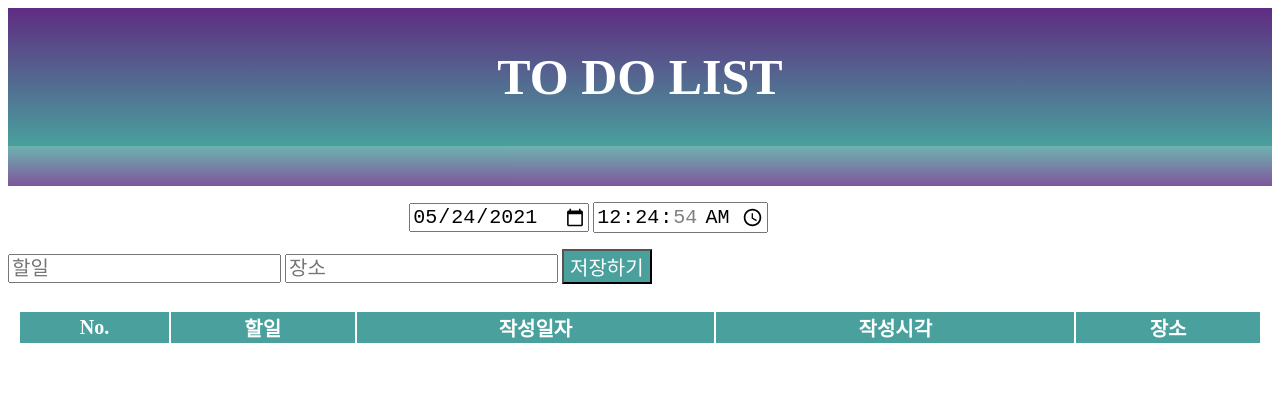
Repository: kimyoungjin98/Exam_Project
Page: http://localhost/Server_PR_TodoList/
These files come from the project's save history. The page is drawn as it stood at one moment and after the next save; the edit follows.
The browser window is 1280 px wide. The pictures show the whole page.
Some web fonts or font styles are not loaded; a fallback is used. The page is served by Tomcat 9. Other server files are loaded and not shown. Queries for data that is not in the repository find no rows.

Above is the page before, as saved 2021-05-25 01:40:41.

### Server_PR_TodoList/src/main/webapp/WEB-INF/views/home.jsp
<%@ page language="java" contentType="text/html; charset=UTF-8"
    pageEncoding="UTF-8"%>
<%@ taglib uri="http://java.sun.com/jsp/jstl/core" prefix="c"%>
<c:set value="${pageContext.request.contextPath}" var="rootPath" />
<!DOCTYPE html>
<html>

<head>
<meta charset="UTF-8">
<title>어서오세요</title>
</head>
<script>
document.addEventListener("DOMContentLoaded",function(ev){

	document.querySelector("table")
	.addEventListener("click", function(ev){

		let tag = ev.target.tagName

		if(tag == "TD"){

			let seq = ev.target.closest("TR").dataset.seq

			document.location.href="${rootPath}/todo/view?td_seq=" + seq

		}

	})

})


</script>
<style>


@import url('https://fonts.googleapis.com/css2?family=Nanum+Gothic+Coding:wght@700&family=Roboto+Slab:wght@600&display=swap');
.jm-font {
		font-family: 'Nanum Gothic Coding', monospace;
		font-family: 'Roboto Slab', serif;
	}


table {
	width:100%;
	text-align: center;
	margin:3px auto;
	font-size:20px;
	padding:10px;
	font-weight: bolder;

}

table td{
	cursor:pointer;
	padding:5-%;


}

table td:hover{
	background-color: #49a09d;
	opacity: 0.5;
}

table div{
	border:1px solid #49a09d;
	outline:1px solid #49a09d;
}

table th{
	background-color:#49a09d;
	color:white;

}


</style>
<body>

	<%@ include file="/WEB-INF/views/banner.jsp" %>
	<p>
	<%@ include file="/WEB-INF/views/write.jsp" %>
	<p>
		<table>
		<div>
		<th>No.</th>
		<th>할일</th>
		<th>작성일자</th>
		<th>작성시각</th>
		<th>장소</th>
		</div>

		<c:forEach items="${TDLIST}" var="TD" varStatus="index">
			<tr data-seq="${TD.td_seq}">
				<td>${index.count}</td>
				<td>${TD.td_content}</td>
				<td>${TD.td_date}</td>
				<td>${TD.td_time}</td>
				<td>${TD.td_place}</td>
			</tr>

		</c:forEach>

	</table>

</body>
</html>

### Server_PR_TodoList/src/main/webapp/WEB-INF/views/banner.jsp
<%@ page language="java" contentType="text/html; charset=UTF-8"
    pageEncoding="UTF-8"%>
<%@ taglib uri="http://java.sun.com/jsp/jstl/core" prefix="c"%>
<c:set value="${pageContext.request.contextPath}" var="rootPath" />
<!DOCTYPE html>
<html>
<head>
<meta charset="UTF-8">
<title>Insert title here</title>
</head>
<script type="text/javascript">
document.addEventListener("DOMContentLoaded", function(){
	document.querySelector("nav").addEventListener("click",function(ev){

		let name = ev.target.id

		if(name == "home"){

			document
			.location
			.href="${rootPath}"


		}


	})

})

</script>
<style>
@import url('https://fonts.googleapis.com/css2?family=Nanum+Gothic+Coding:wght@700&family=Roboto+Slab:wght@600&display=swap');
.jm-font {
		font-family: 'Nanum Gothic Coding', monospace;
		font-family: 'Roboto Slab', serif;
	}

nav li:hover {

	cursor:pointer;

}

h1 {
	margin:auto;
	text-align: center;
	font-size:50px;
	background:linear-gradient(to bottom, #5f2c82, #49a09d);
	color:white;
	padding:40px;
}

nav {

	background:linear-gradient(to top, #5f2c82, #49a09d);
	opacity: 0.8;
	color:white;

	font-size:20px;


}

nav ul{
	margin:0px;
	padding:20px;
}

nav li{
	display:inline-block;
	list-style:none;
	float: left;
	padding:20px;
	margin:0;
}


</style>
<body>
	<h1>TO DO LIST</h1>

	<nav>
	<ul>
	<li>Home</li>
	<li>날짜별 검색</li>
	<li >내용으로 검색</li>

	</ul>


	</nav>
</body>
</html>

### Server_PR_TodoList/src/main/webapp/WEB-INF/views/write.jsp
<%@ page language="java" contentType="text/html; charset=UTF-8"
    pageEncoding="UTF-8"%>
<%@ taglib uri="http://java.sun.com/jsp/jstl/core" prefix="c"%>
<c:set value="${pageContext.request.contextPath}" var="rootPath" />
<!DOCTYPE html>
<html>
<head>
<meta charset="UTF-8">
<title>Insert title here</title>
</head>
<script type="text/javascript">
document.addEventListener("DOMContentLoaded", function(ev){
	document.querySelector("button")
	.addEventListener("click",function(ev){

		let name = ev.target.className

		let td_date = document.querySelector("input[name='td_date']")
		let td_time = document.querySelector("input[name='td_time']")
		let td_content = document.querySelector("input[name='td_content']")
		let td_place = document.querySelector("input[name='td_place']")

		if(td_content.value == ""){

			alert("할일을 입력하세요 !")

			return false;
			}

			document.querySelector("form").submit();

	})

})

</script>
<style>

@import url('https://fonts.googleapis.com/css2?family=Nanum+Gothic+Coding:wght@700&family=Roboto+Slab:wght@600&display=swap');
.jm-font {
		font-family: 'Nanum Gothic Coding', monospace;
		font-family: 'Roboto Slab', serif;
	}

	label{
		font-size:20px;
	}

	input{
		font-size:20px;
	}

	button{
		background-color: #49a09d;
		color:white;
		font-size:20px;
		cursor:pointer;
	}


</style>
<body>



	<form method="POST" class="1">

	<input name="td_date" placeholder="작성일자" type="date" value="${TD.td_date}">
	<input name="td_time" placeholder="작성시각" type="time" value="${TD.td_time}"><p>
	<input name="td_content" placeholder="할일" value="${TD.td_content}"></input>
	<input name="td_place" placeholder="장소" value="${TD.td_place}">

		<button type="button">저장하기</button>
	</form>

</body>
</html>

### Server_PR_TodoList/src/main/java/com/callor/todo/controller/HomeController.java
package com.callor.todo.controller;

import java.io.IOException;
import java.text.SimpleDateFormat;
import java.util.Date;
import java.util.List;

import javax.servlet.ServletException;
import javax.servlet.annotation.WebServlet;
import javax.servlet.http.HttpServlet;
import javax.servlet.http.HttpServletRequest;
import javax.servlet.http.HttpServletResponse;

import com.callor.todo.model.TodoVO;
import com.callor.todo.service.TodoService;
import com.callor.todo.service.impl.TodoServiceImplV1;

@WebServlet("/")
public class HomeController extends HttpServlet{

	protected TodoService tdService;

	public HomeController() {

		tdService = new TodoServiceImplV1();

	}

	@Override
	protected void doGet(HttpServletRequest req, HttpServletResponse resp) throws ServletException, IOException {


		List<TodoVO> tdList = tdService.selectAll();

		req.setAttribute("TDLIST", tdList);

		SimpleDateFormat sDate = new SimpleDateFormat("yyyy-MM-dd");
		SimpleDateFormat sTime = new SimpleDateFormat("HH:mm:ss");
		Date date = new Date(System.currentTimeMillis());

		TodoVO tdVO = new TodoVO();

		tdVO.setTd_date(sDate.format(date));
		tdVO.setTd_time(sTime.format(date));

		req.setAttribute("TD", tdVO);

		ReqController.forward(resp, req, "home");

	}

	@Override
	protected void doPost(HttpServletRequest req, HttpServletResponse resp) throws ServletException, IOException {


		req.setCharacterEncoding("UTF-8");

		String td_date = req.getParameter("td_date");
		String td_content = req.getParameter("td_content");
		String td_time = req.getParameter("td_time");
		String td_place = req.getParameter("td_place");

		TodoVO tdVO = new TodoVO();

		tdVO.setTd_content(td_content);
		tdVO.setTd_date(td_date);
		tdVO.setTd_place(td_place);
		tdVO.setTd_time(td_time);

		tdService.insert(tdVO);

		System.out.println(tdVO.toString());

		resp.sendRedirect("/todo/");

	}

}

### Server_PR_TodoList/src/main/java/com/callor/todo/service/impl/TodoServiceImplV1.java
package com.callor.todo.service.impl;

import java.sql.Connection;
import java.sql.PreparedStatement;
import java.sql.ResultSet;
import java.sql.SQLException;
import java.util.ArrayList;
import java.util.List;

import com.callor.todo.config.DBConnect;
import com.callor.todo.model.TodoVO;
import com.callor.todo.service.TodoService;
import com.mysql.cj.x.protobuf.MysqlxPrepare.Prepare;

public class TodoServiceImplV1 implements TodoService {

	protected Connection dbConn;

	public TodoServiceImplV1() {

		dbConn = DBConnect.getDB();

	}

	protected List<TodoVO> select(PreparedStatement pStr) throws SQLException {

		List<TodoVO> tdList = new ArrayList<TodoVO>();
		ResultSet rSet = pStr.executeQuery();

		while (rSet.next()) {

			TodoVO tdVO = new TodoVO();

			tdVO.setTd_content(rSet.getString("td_content"));
			tdVO.setTd_date(rSet.getString("td_date"));
			tdVO.setTd_place(rSet.getString("td_place"));
			tdVO.setTd_time(rSet.getString("td_time"));
			tdVO.setTd_seq(rSet.getLong("td_seq"));
			tdList.add(tdVO);

		}

		return tdList;
	}

	@Override
	public List<TodoVO> selectAll() {
		// TODO Auto-generated method stub

		String sql = " SELECT * FROM tbl_todo ";

		PreparedStatement pStr = null;

		try {

			pStr = dbConn.prepareStatement(sql);
			List<TodoVO> tdList = this.select(pStr);


			return tdList;

		} catch (SQLException e) {
			// TODO Auto-generated catch block
			e.printStackTrace();
		}

		return null;
	}

	@Override
	public TodoVO findById(Long td_seq) {
		// TODO Auto-generated method stub

		String sql = " SELECT * FROM tbl_todo ";
		sql += " WHERE td_seq = ? ";

		PreparedStatement pStr = null;

		try {
			pStr = dbConn.prepareStatement(sql);
			pStr.setLong(1, td_seq);

			List<TodoVO> tdList = this.select(pStr);

			if(tdList != null && tdList.size() > 0) {

				return tdList.get(0);
			}

		} catch (SQLException e) {
			// TODO Auto-generated catch block
			e.printStackTrace();
		}

		return null;
	}

	@Override
	public Integer insert(TodoVO tdVO) {
		// TODO Auto-generated method stub

		String sql = " INSERT INTO tbl_todo ";
		sql += " (td_content, td_date, td_time, td_place) ";
		sql += " VALUES(?,?,?,?) ";

		PreparedStatement pStr = null;

		try {
			pStr = dbConn.prepareStatement(sql);
			pStr.setString(1, tdVO.getTd_content());
			pStr.setString(2, tdVO.getTd_date());
			pStr.setString(3, tdVO.getTd_time());
			pStr.setString(4, tdVO.getTd_place());

			return pStr.executeUpdate();



		} catch (SQLException e) {
			// TODO Auto-generated catch block
			e.printStackTrace();
		}

		return null;
	}

	@Override
	public Integer update(TodoVO tdVO) {
		// TODO Auto-generated method stub

		String sql = " UPDATE tbl_todo SET ";
		sql += " td_content = ?, ";
		sql += " td_date = ?, ";
		sql += " td_time = ?, ";
		sql += " td_place = ? ";
		sql += " WHERE td_seq = ? ";

		PreparedStatement pStr = null;

		try {
			pStr = dbConn.prepareStatement(sql);
			pStr.setString(1, tdVO.getTd_content());
			pStr.setString(2, tdVO.getTd_date());
			pStr.setString(3, tdVO.getTd_time());
			pStr.setString(4, tdVO.getTd_place());
			pStr.setLong(5, tdVO.getTd_seq());


			return pStr.executeUpdate();


		} catch (SQLException e) {
			// TODO Auto-generated catch block
			e.printStackTrace();
		}

		return null;
	}

	@Override
	public Integer delete(Long td_seq) {
		// TODO Auto-generated method stub

		String sql = " DELETE FROM tbl_todo ";
		sql += " WHERE td_seq = ? ";

		PreparedStatement pStr = null;

		try {
			pStr = dbConn.prepareStatement(sql);
			pStr.setLong(1, td_seq);

			return pStr.executeUpdate();
		} catch (SQLException e) {
			// TODO Auto-generated catch block
			e.printStackTrace();
		}



		return null;
	}

}

### Server_PR_TodoList/src/main/java/com/callor/todo/config/DBConnect.java
package com.callor.todo.config;

import java.sql.Connection;
import java.sql.DriverManager;
import java.sql.SQLException;

public class DBConnect {

	private static Connection dbConn;

	static {

		String driver = "com.mysql.cj.jdbc.Driver";
		String url = "jdbc:mysql://localhost:3306/todo";
		String user = "todoList";
		String pw = "1234";

		try {
			Class.forName(driver);

			if (dbConn == null) {
				dbConn = DriverManager.getConnection(url, user, pw);
			}

			System.out.println("DB 접속 성공");

		} catch (ClassNotFoundException e) {
			// TODO Auto-generated catch block
			e.printStackTrace();
		} catch (SQLException e) {
			// TODO Auto-generated catch block
			e.printStackTrace();
		}

	}

	public static Connection getDB() {

		return dbConn;
	}

}

### Server_PR_TodoList/src/main/java/com/callor/todo/model/TodoVO.java
package com.callor.todo.model;

import lombok.AllArgsConstructor;
import lombok.Getter;
import lombok.NoArgsConstructor;
import lombok.Setter;
import lombok.ToString;

@Getter
@Setter
@ToString
@AllArgsConstructor
@NoArgsConstructor
public class TodoVO {

	private Long td_seq;
	private String td_place;
	private String td_date;
	private String td_time;
	private String td_content;

}

### Server_PR_TodoList/src/main/java/com/callor/todo/controller/ReqController.java
package com.callor.todo.controller;

import java.io.IOException;

import javax.servlet.ServletException;
import javax.servlet.http.HttpServlet;
import javax.servlet.http.HttpServletRequest;
import javax.servlet.http.HttpServletResponse;

public class ReqController extends HttpServlet{

	public static void forward(HttpServletResponse res, HttpServletRequest req, String file) throws ServletException, IOException {

		String root = "/WEB-INF/views/" + file + ".jsp";

		req.getRequestDispatcher(root).forward(req, res);

	}

}

After the next save:
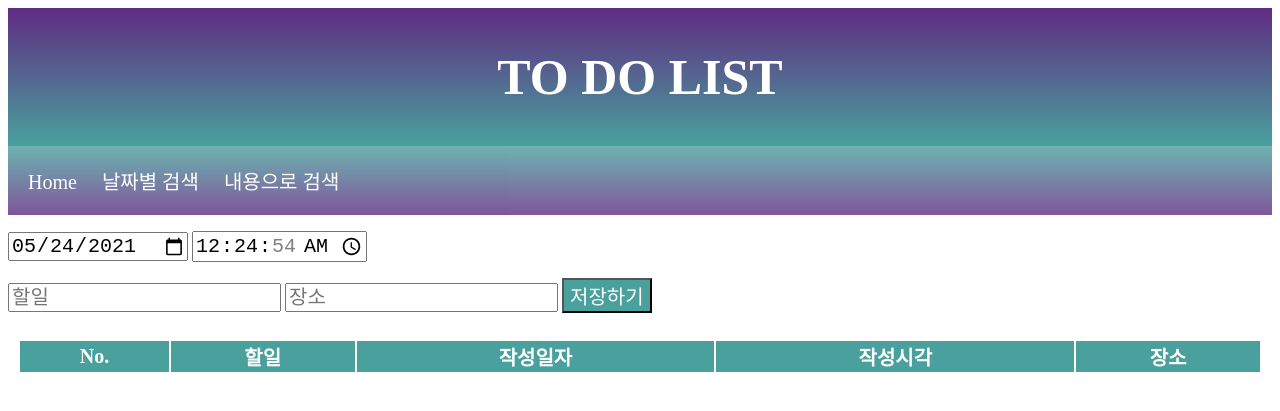
Saved 3 min 16 s later.
--- a/Server_PR_TodoList/src/main/webapp/WEB-INF/views/banner.jsp
+++ b/Server_PR_TodoList/src/main/webapp/WEB-INF/views/banner.jsp
@@ -64,14 +64,13 @@ nav {
 
 nav ul{
 	margin:0px;
-	padding:20px;
+	padding:10px;
 }
 
 nav li{
 	display:inline-block;
 	list-style:none;
-	float: left;
-	padding:20px;
+	padding:10px;
 	margin:0;
 }
 
